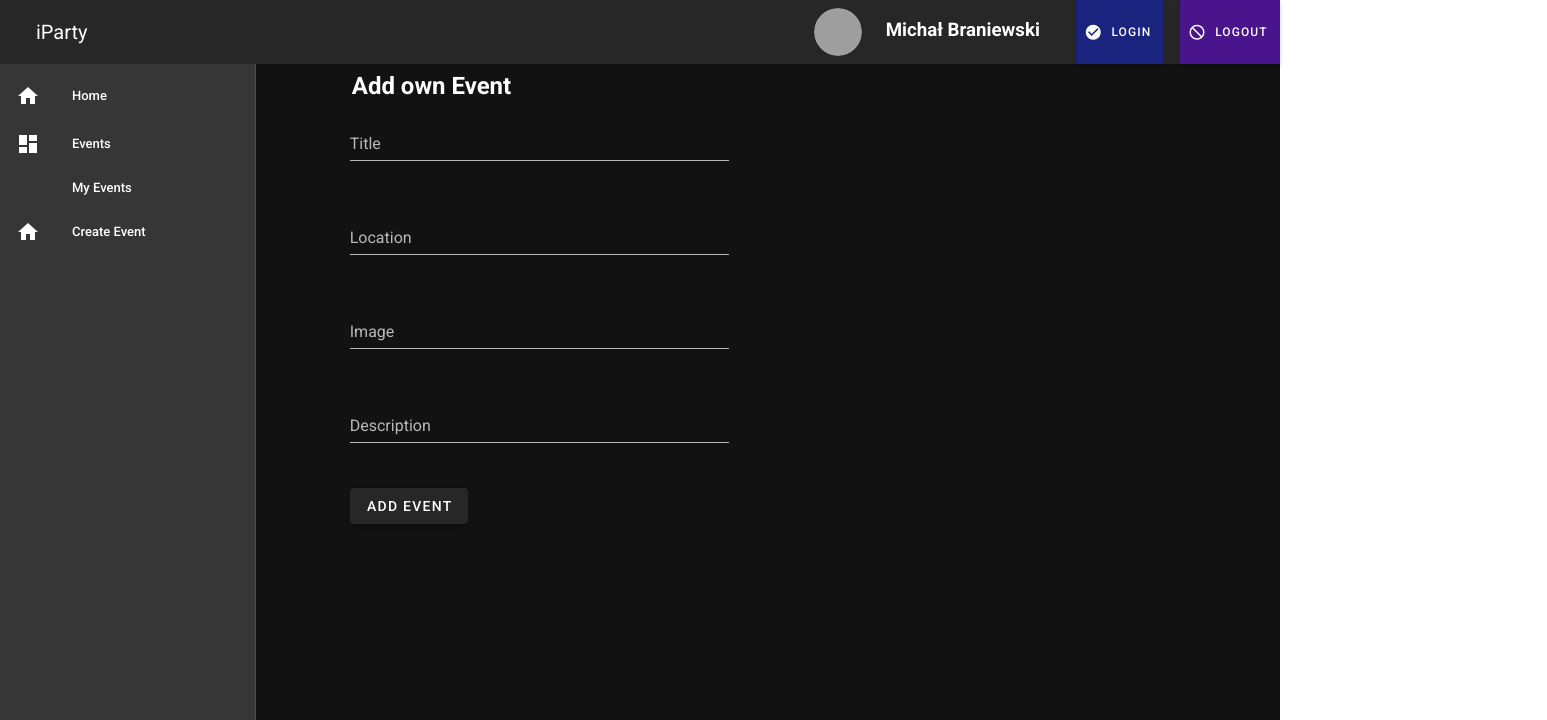
Repository: hexanek/partyapp
Page: /#/addevent
The author's editor kept a copy of each file at every save. The page is drawn from the files as they stood at one save, then again after the next save.
The browser window is 1280 px wide. The page is 1547 px wide, so the pictures cover 1547 px, including what lies to the right of the window. The pictures show the whole page.
Pictures or frames that could not be fetched are drawn as grey boxes. The project was rebuilt for these pictures with package versions that can differ from the ones it lists, and the page was loaded fresh each time. Also part of the build but not shown: vue.config.js, src/components/Popup.vue, src/components/Gmap.vue, src/components/Home.vue.

Above is the page before, as saved 2020-01-26 15:17:36.

After the next save:
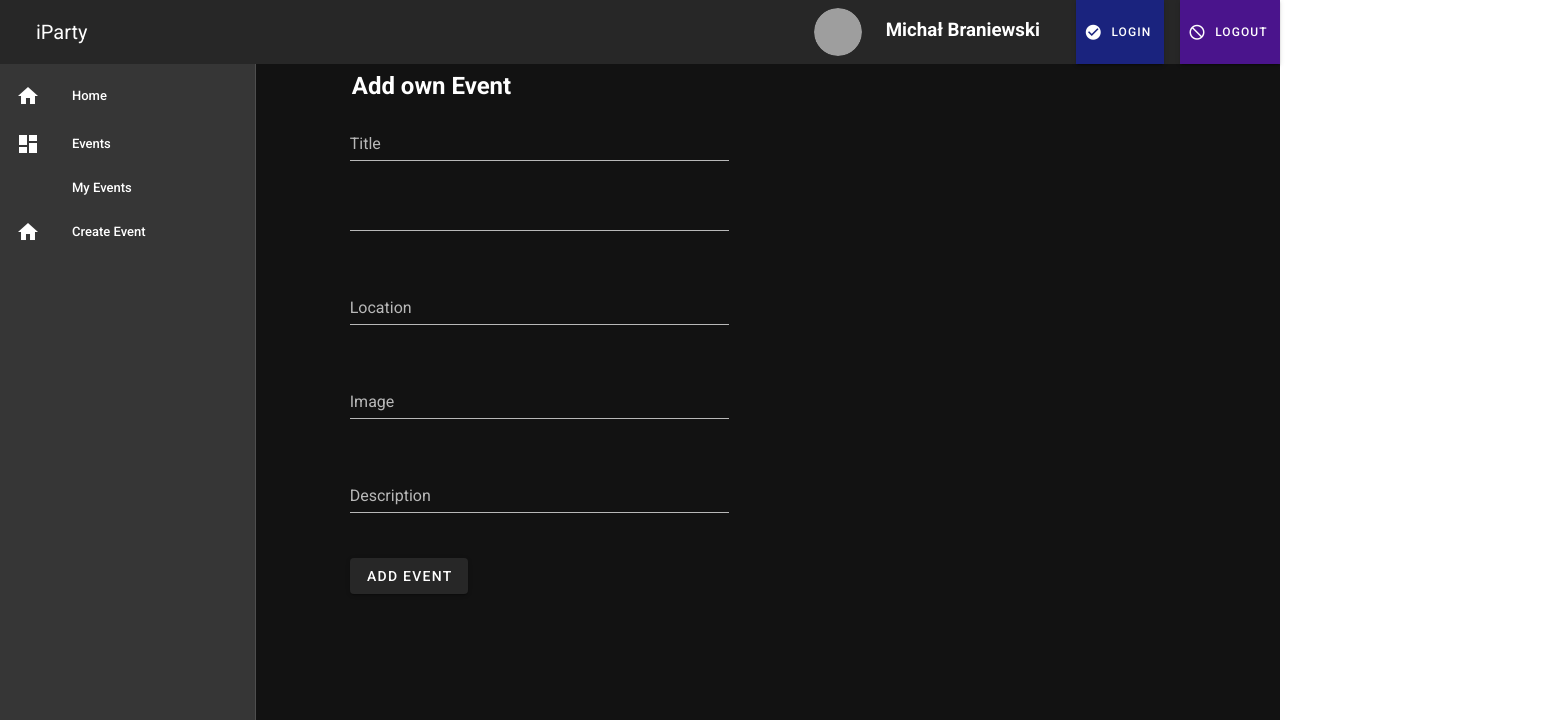
Saved 3 min 39 s later.
--- a/src/components/Event/EventForm.vue
+++ b/src/components/Event/EventForm.vue
@@ -18,6 +18,7 @@
                                 row-height="15"
                                 v-model="this.title"
                                 required></v-text-field>
+                                <v-text-field></v-text-field>
                             </v-flex>
                         </v-layout>
                          <v-layout row>

After the save that followed:
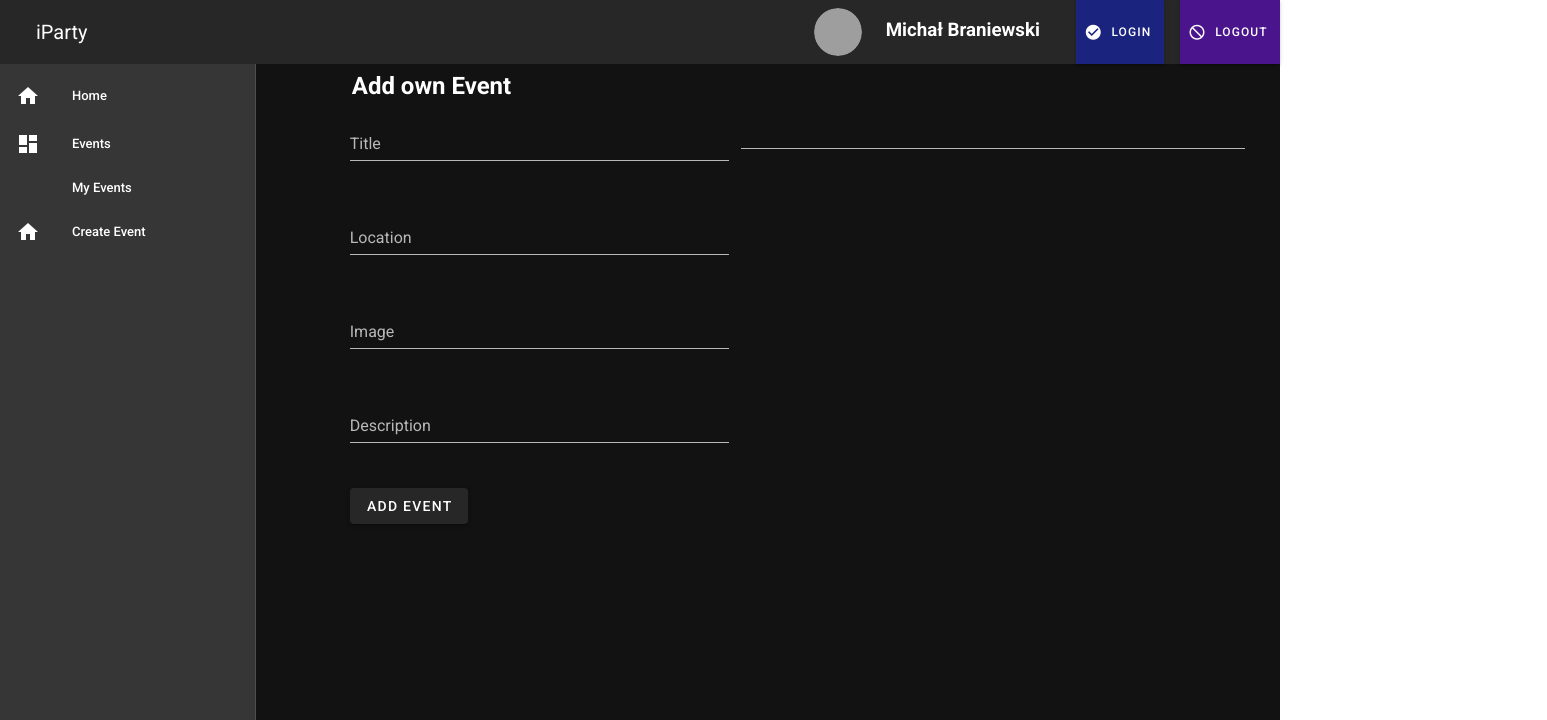
Saved 25 s later.
--- a/src/components/Event/EventForm.vue
+++ b/src/components/Event/EventForm.vue
@@ -18,8 +18,8 @@
                                 row-height="15"
                                 v-model="this.title"
                                 required></v-text-field>
-                                <v-text-field></v-text-field>
                             </v-flex>
+                            <v-text-field></v-text-field>
                         </v-layout>
                          <v-layout row>
                             <v-flex xs-12 offset-sm3 sm-6 col-4>
